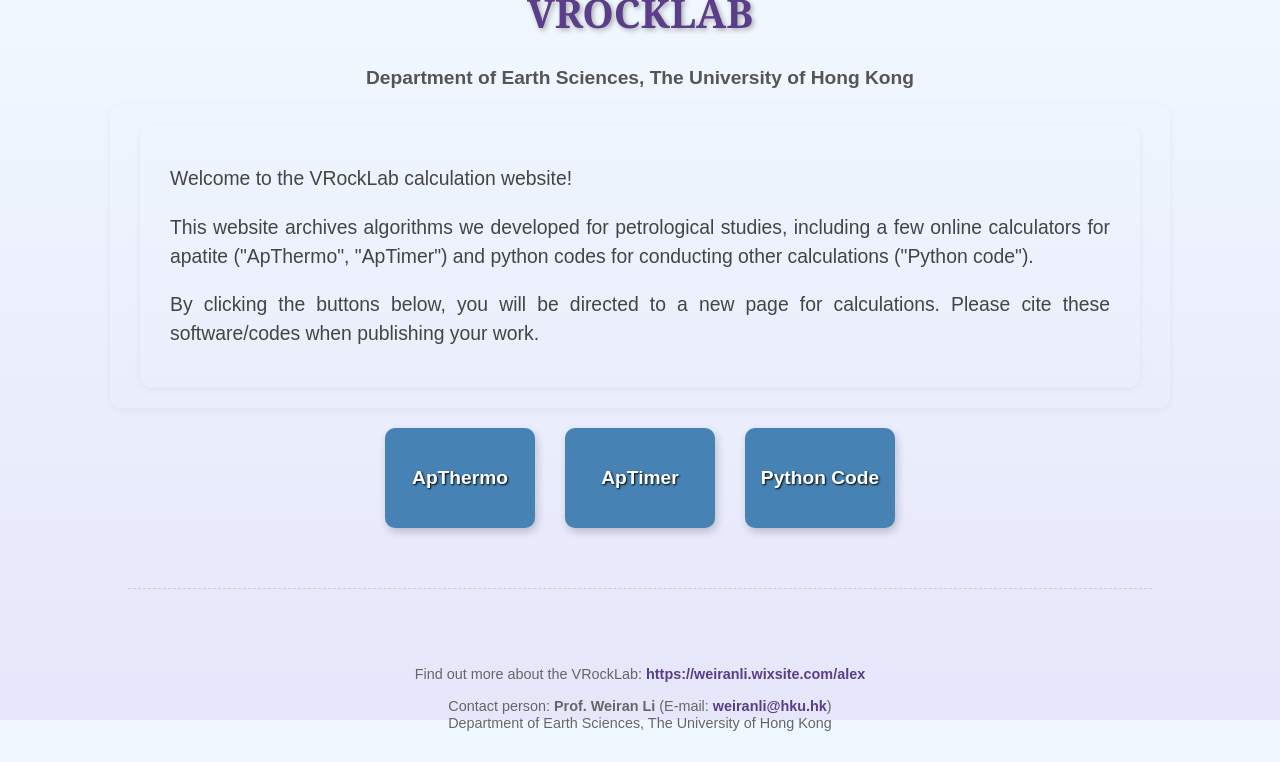
Repository: Abyss2019/home_page
Page: index.html
The author's editor kept a copy of each file at every save. The page is drawn from the files as they stood at one save, then again after the next save.
The browser window is 1280 px wide. The pictures show the whole page.

Above is the page before, as saved 2025-04-06 10:39:11.

After the next save:
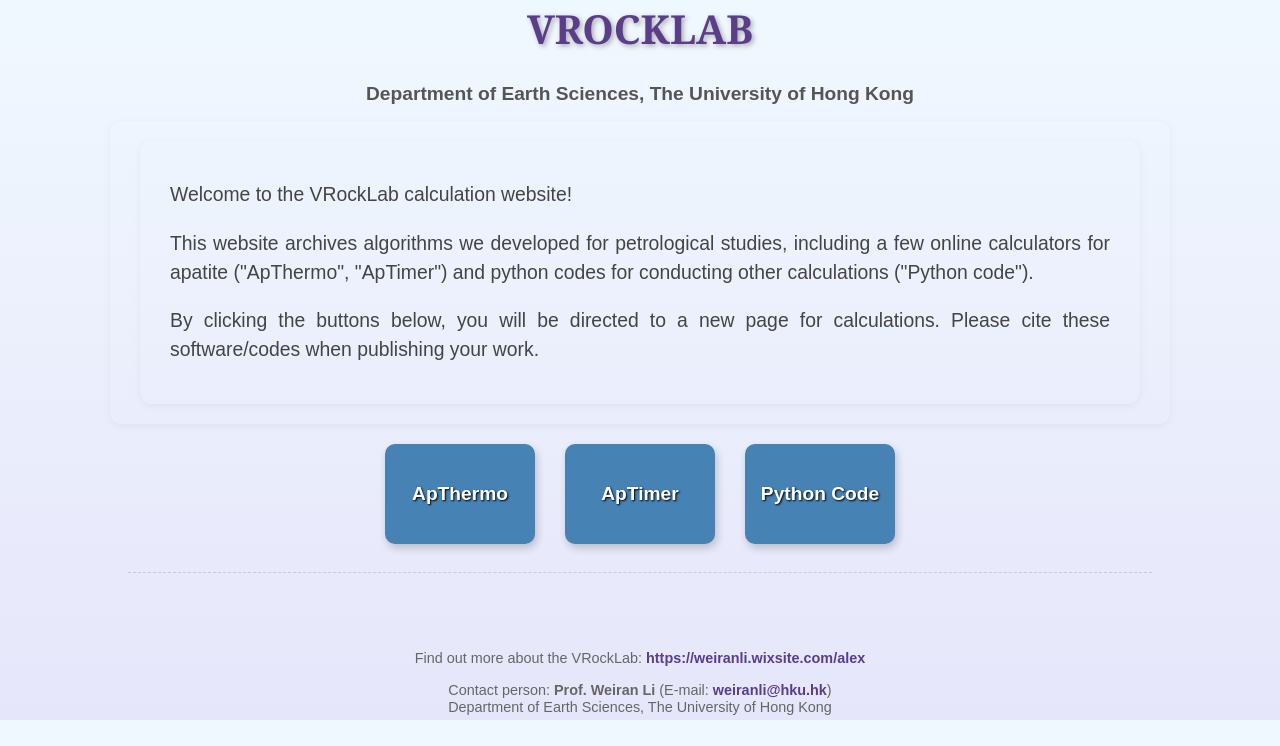
Saved 14 s later.
--- a/index.html
+++ b/index.html
@@ -124,7 +124,7 @@
         <a href="https://vrocklab.hku.hk/python-code/" target="_blank" class="button">Python Code</a>
     </div>
 
-    <hr style="width: 80%; margin-top: 40px; border: none; border-top: 1px dashed #ccc;">
+    <hr style="width: 80%;  border: none; border-top: 1px dashed #ccc;">
 
     <footer>
         <p>

After the save that followed:
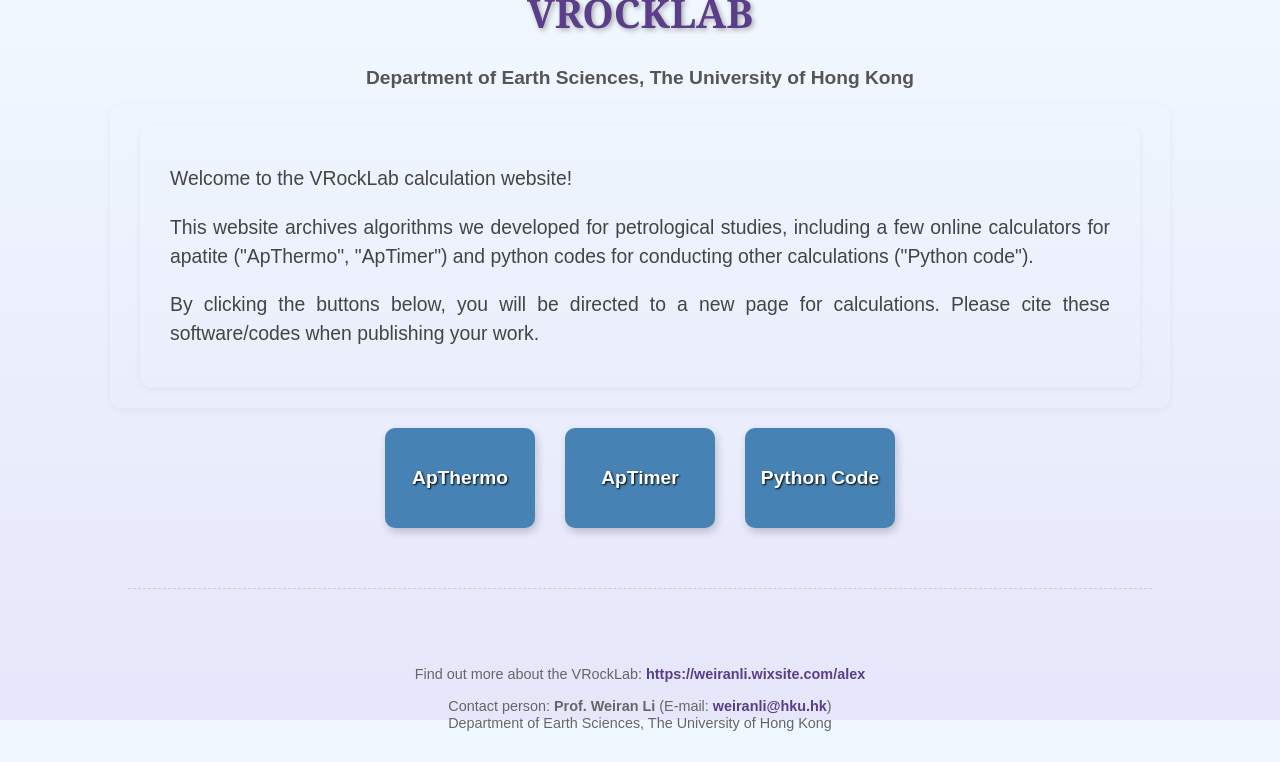
Saved 4 s later.
--- a/index.html
+++ b/index.html
@@ -124,7 +124,7 @@
         <a href="https://vrocklab.hku.hk/python-code/" target="_blank" class="button">Python Code</a>
     </div>
 
-    <hr style="width: 80%;  border: none; border-top: 1px dashed #ccc;">
+    <hr style="width: 80%; margin-top: 40px; border: none; border-top: 1px dashed #ccc;">
 
     <footer>
         <p>
